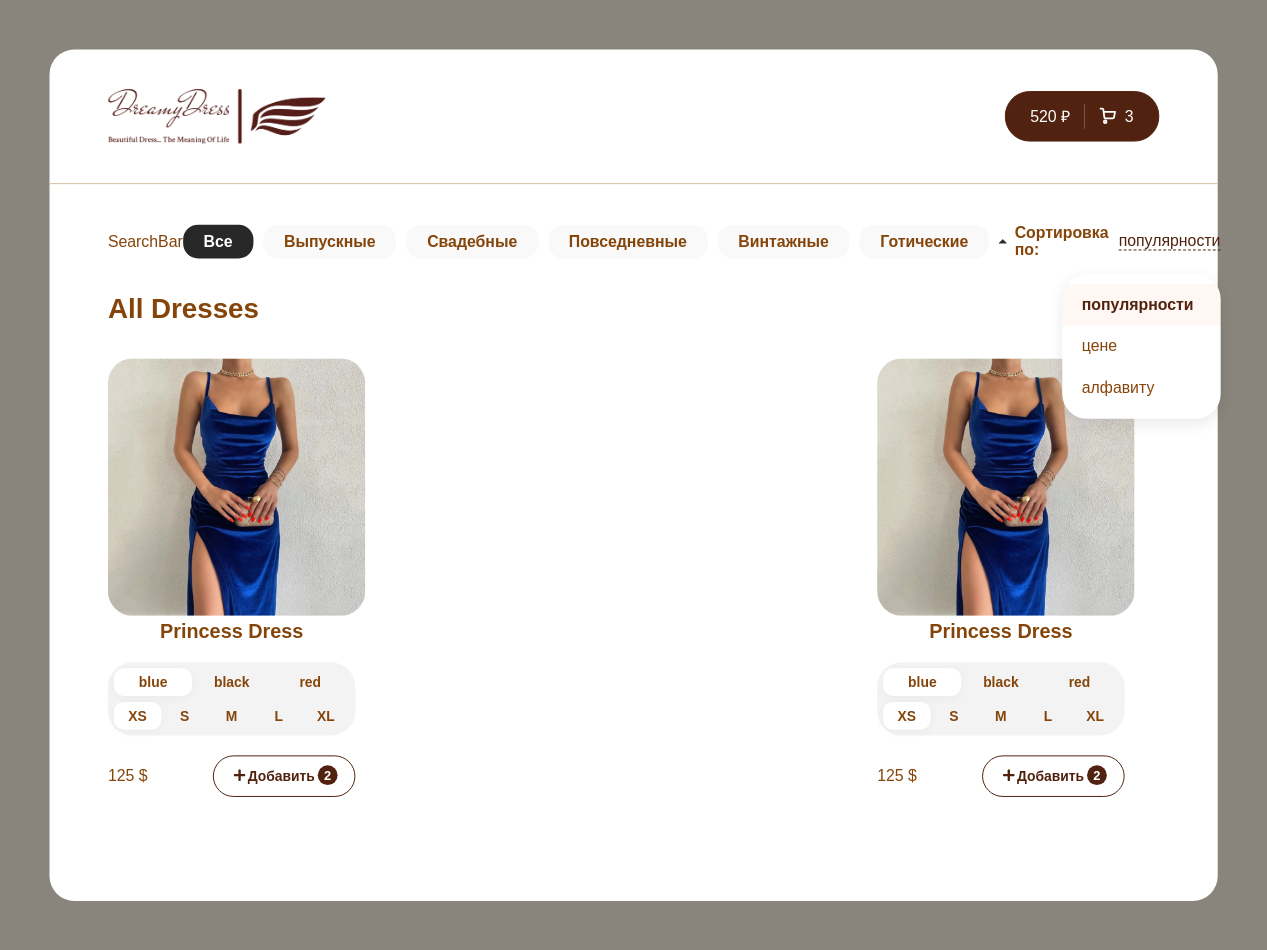
Repository: DisasterWoman/SPA-shop
Page: /
The author's editor kept a copy of each file at every save. The page is drawn from the files as they stood at one save, then again after the next save.
The browser window is 1280 px wide. The pictures show the whole page, at 99% of full size.
Some web fonts or font styles are not loaded; a fallback is used. The project was rebuilt for these pictures with package versions that can differ from the ones it lists, and the page was loaded fresh each time.

Above is the page before, as saved 2022-11-29 17:14:31.

After the next save:
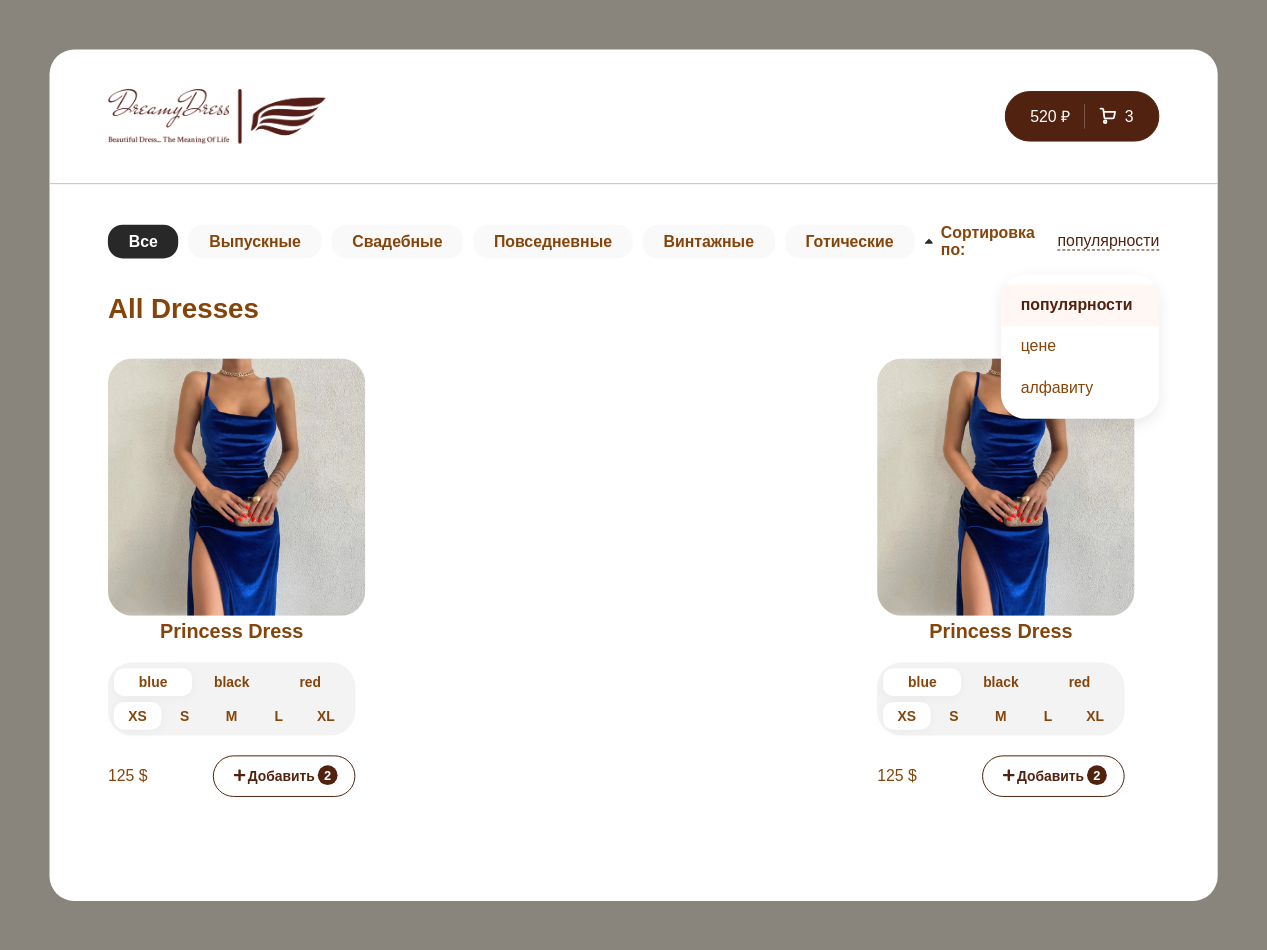
Saved 77 s later.
--- a/src/App.js
+++ b/src/App.js
@@ -11,7 +11,7 @@ function App() {
       <Header />
       <div className="content">
         <div className="container">
-          <div className="content__top">  <SearchBar/>
+          <div className="content__top">
             <Categories />
             <Sort />
           </div>
